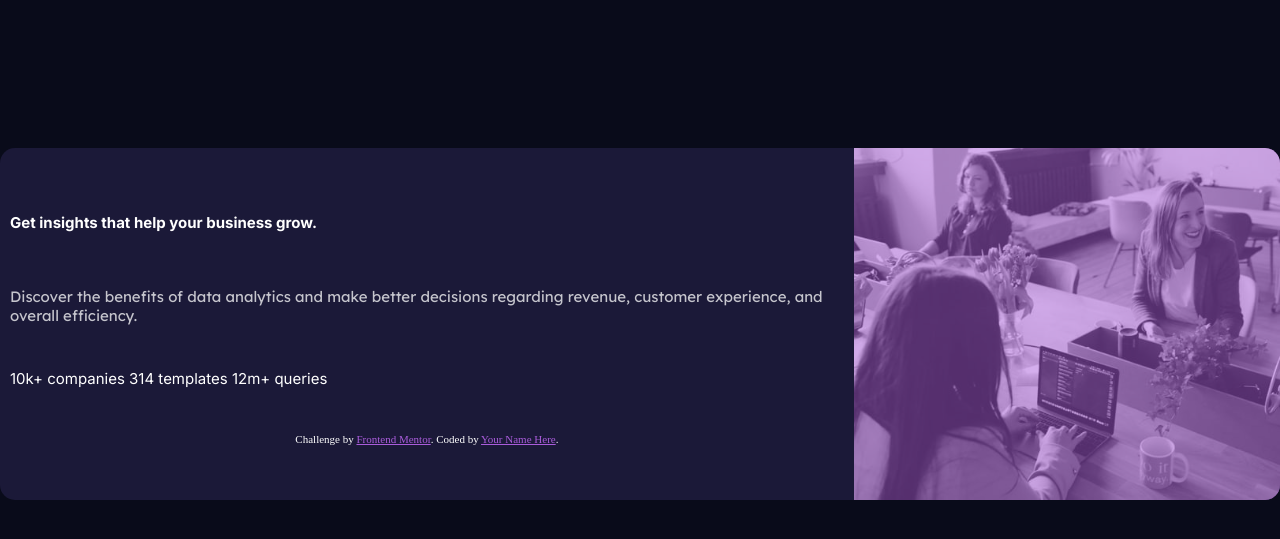
Repository: wasanmsn/Card_Challange
Page: index.html
These files come from the project's save history. The page is drawn as it stood at one moment and after the next save; the edit follows.
The browser window is 1280 px wide. The pictures show the whole page.

Above is the page before, as saved 2021-07-21 16:19:15.

After the next save:
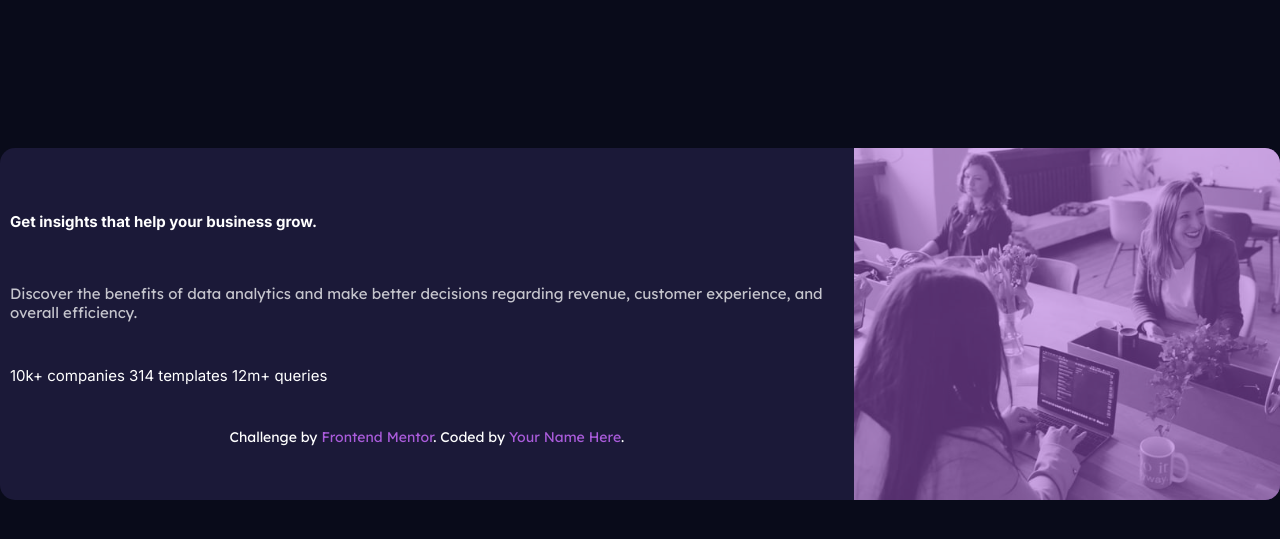
Saved 65 s later.
--- a/stylesheet.css
+++ b/stylesheet.css
@@ -67,10 +67,12 @@ body {
 }
 .attribution {
     justify-self: flex-end;
-    font-size: 11px;
+    font-size: 14px;
     text-align: center;
+    font-family: 'Lexend Deca', sans-serif;
     color: hsl(0, 0%, 100%) ;
 }
 .attribution a {
+    text-decoration: none;
     color: hsl(277, 64%, 61%);
   }
